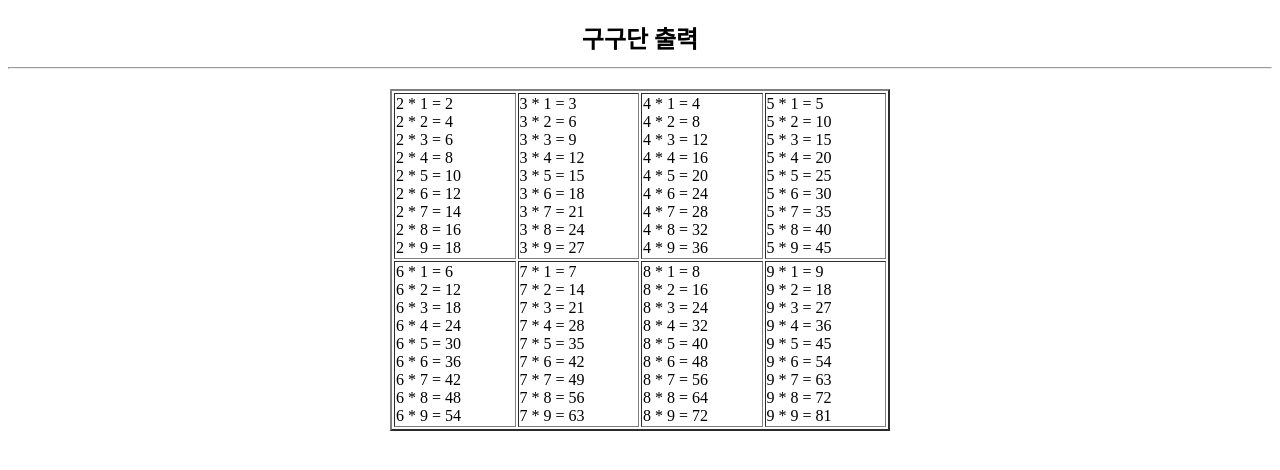
Repository: jpg723/Assignment
Page: http://localhost/LAB12/LAB12_1/gugudan_custom.jsp
The author's editor kept a copy of each file at every save. The page is drawn from the files as they stood at one save, then again after the next save.
The browser window is 1280 px wide. The pictures show the whole page.
The page is served by Tomcat 9. Other server files are loaded and not shown.

Above is the page before, as saved 2021-12-05 12:38:56.

### 웹프로그래밍/LAB12/src/main/webapp/LAB12_1/gugudan_custom.jsp
<%@ page language="java" contentType="text/html; charset=UTF-8" pageEncoding="UTF-8" %>
<%@ taglib tagdir="/WEB-INF/tags" prefix="ddwutag" %>
<!DOCTYPE html>
<html>
<head>
<title>LAB12: 커스텀 태그</title>
</head>
<body>
<div align="center">
<ddwutag:gugudan border="2">구구단 출력<hr></ddwutag:gugudan>
</div>
</body>
</html>

### 웹프로그래밍/LAB12/src/main/webapp/WEB-INF/tags/printTable.tag
<%@ tag language="java" pageEncoding="UTF-8"%>
<jsp:useBean id="bean" class="labhw12.LoginBean" />
<%@ attribute name="color"%>
<%@ attribute name="border"%>
<%@ attribute name="id"%>
<%@ attribute name="pw"%>
<%@ attribute name="email"%>
<jsp:useBean id="LoginBean" class="labhw12.LoginBean"/>
<div align="center">
<h2><jsp:doBody/></h2>
<table border="${border}" style="background-color: ${color};" width="150">
	<tr>
		<td>이름: </td>
		<td>${ id }</td>
	</tr>
	<tr>
		<td>패스워드: </td>
		<td>${ pw }</td>
	</tr>
	<tr>
		<td>이메일: </td>
		<td>${ email }</td>
	</tr>
	<tr>
		<td>성별: </td>
		<td>${bean.gender}</td>
	</tr>
	<tr>
		<td>생일: </td>
		<td>${bean.birth}</td>
	</tr>

</table>
</div>

### 웹프로그래밍/LAB12/src/main/webapp/WEB-INF/tags/gugudan.tag
<%@ tag language="java" pageEncoding="UTF-8"%>
<%@ attribute name="border"%>
<div align="center">
<h2><jsp:doBody/></h2>
<table border="${border}" width="500">
	<tr>
		<%
			int i = 0, j = 0;

			for(i = 2; i <= 5; i++){
				out.print("<td>");

				for(j = 1; j <= 9; j++)
					out.print(i + " * " + j + " = " + (i * j) + "<br>");

				out.print("</td>");
			}
		%>
	</tr>
	<tr>
		<%
			i = 0;
			j = 0;

			for(i = 6; i <= 9; i++){
				out.print("<td>");

				for(j = 1; j <= 9; j++)
					out.print(i + " * " + j + " = " + (i * j) + "<br>");

				out.print("</td>");
			}
		%>
	</tr>
</table>
</div>

After the next save:
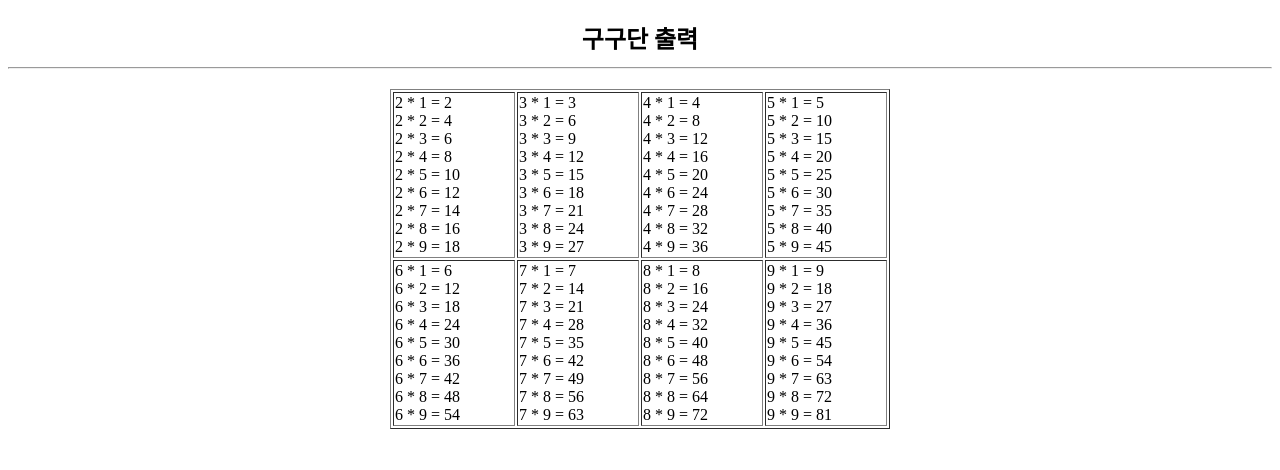
Saved 18 s later.
--- a/웹프로그래밍/LAB12/src/main/webapp/LAB12_1/gugudan_custom.jsp
+++ b/웹프로그래밍/LAB12/src/main/webapp/LAB12_1/gugudan_custom.jsp
@@ -7,7 +7,7 @@
 </head>
 <body>
 <div align="center">
-<ddwutag:gugudan border="2">구구단 출력<hr></ddwutag:gugudan>
+<ddwutag:gugudan border="1">구구단 출력<hr></ddwutag:gugudan>
 </div>
 </body>
 </html>
